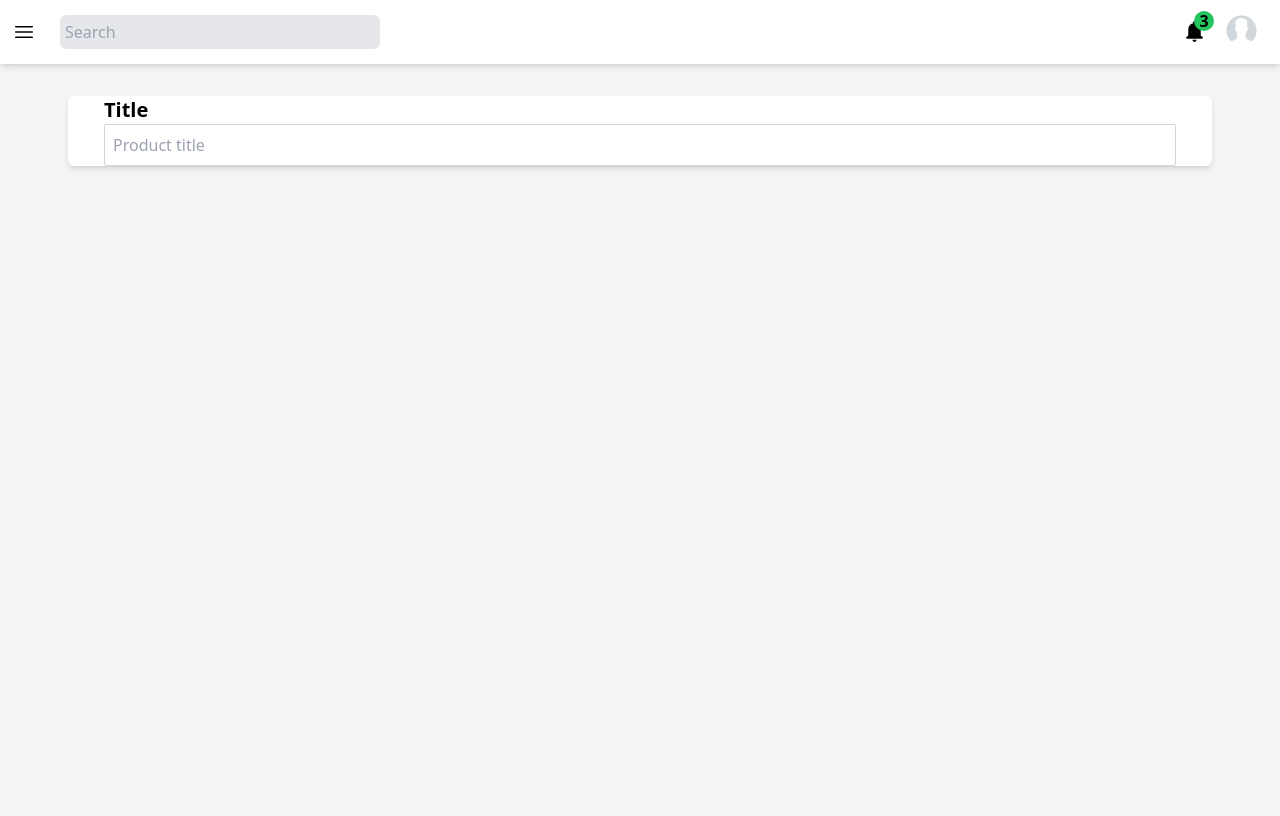
Repository: IssaMuiz/ifarmstock-admin
Page: /new-product
These files come from the project's save history. The page is drawn as it stood at one moment and after the next save; the edit follows.
The browser window is 1280 px wide. The pictures show the whole page.
The page's requests for data from a server got no answer. The project was rebuilt for these pictures with package versions that can differ from the ones it lists, and the page was loaded fresh each time. The framework's server and built-in components were replaced by stand-ins that run in the browser. No one was signed in, and anything a server would have sent is missing. Also part of the build but not shown: next.config.mjs.

Above is the page before, as saved 2024-10-12 15:52:19.

After the next save:
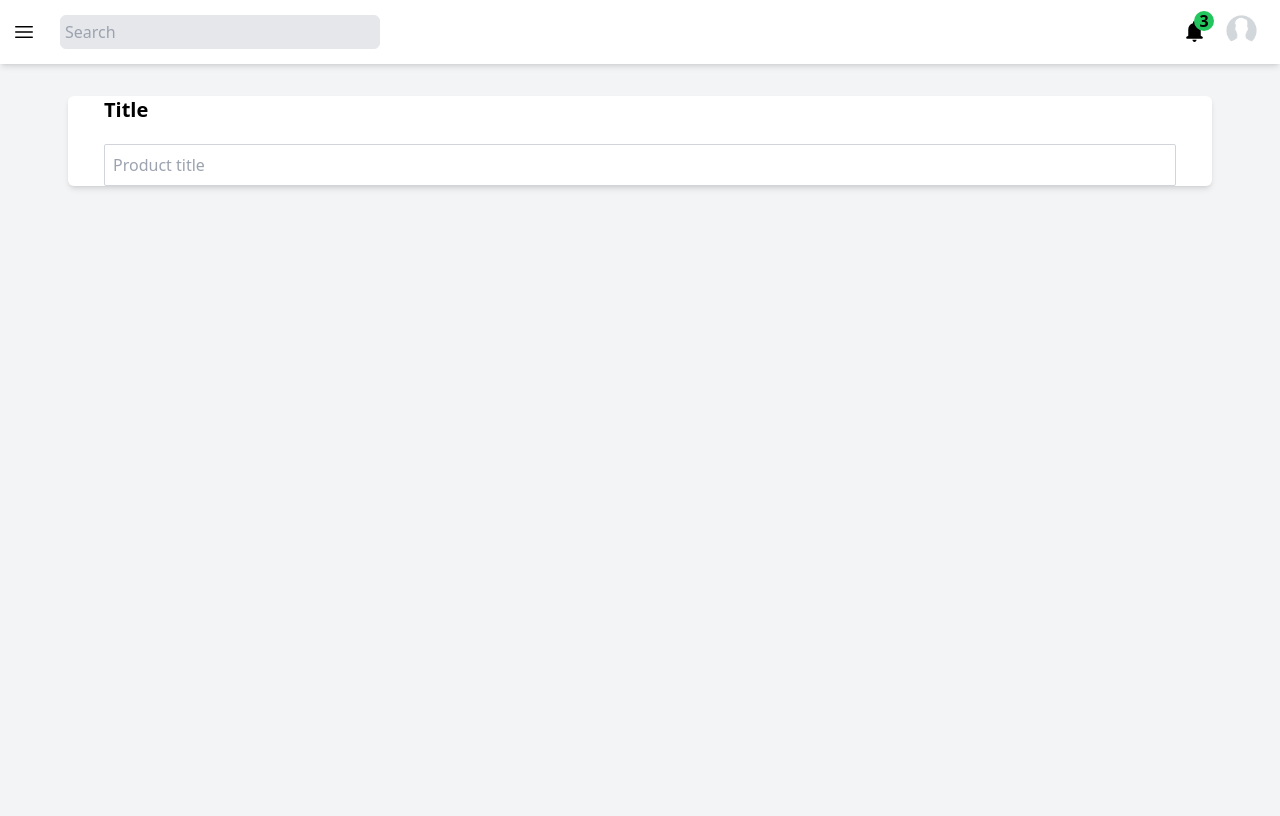
Saved 32 s later.
--- a/app/new-product/page.tsx
+++ b/app/new-product/page.tsx
@@ -5,7 +5,7 @@ const NewProduct = () => {
     <section className="mt-24 min-h-screen">
       <div className="bg-white mx-12 rounded-md shadow-md">
         <div className="px-9">
-          <h2 className="text-xl font-semibold">Title</h2>
+          <h2 className="text-xl font-semibold mb-5">Title</h2>
           <input
             type="text"
             placeholder="Product title"
